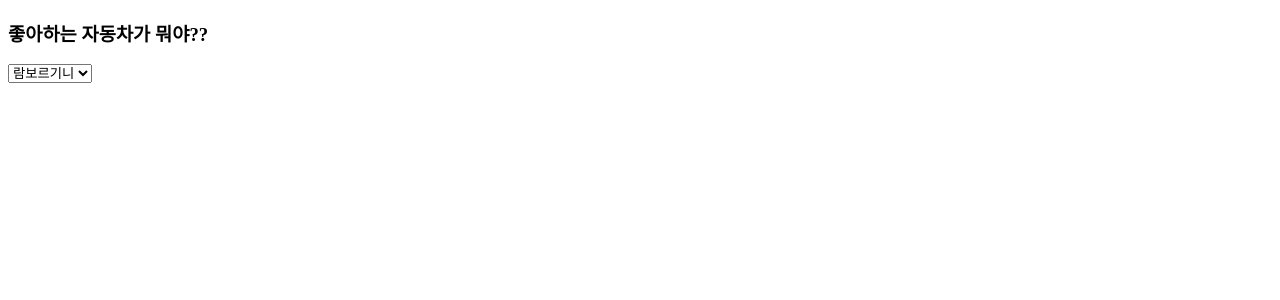
Repository: Hongjeongmin/university
Page: http://localhost/test/b.jsp
An editor plug-in stored every save of this project. The page is shown before and after the next save, followed by the edit.
The browser window is 1280 px wide. The pictures show the whole page.
The page is served by Tomcat 9.

Above is the page before, as saved 2018-09-27 03:09:51.

### webprograming/test/test/WebContent/b.jsp
<%@ page language="java" contentType="text/html; charset=UTF-8"
    pageEncoding="UTF-8"%>
<!DOCTYPE html>
<html>
<head>
<meta charset="UTF-8">
<title>Insert title here</title>
</head>
<body>
<%
	request.setCharacterEncoding("UTF-8");
	String dr = request.getParameter("dr");
	session.setAttribute("dr",dr);
	session.setMaxInactiveInterval(60*60);
%>
<h3>좋아하는 자동차가 뭐야??</h3>
<form method="post" action="c.jsp">
	<select name="car">
		<option value="람보르기니">람보르기니</option>
		<option value="마티즈">마티즈</option>
		<option value="스파크">스파크</option>
		<option value="K3">K3</option>
		<option value="K9">K9</option>
		<option value="아우디">아우디</option>

	</select>
</form>
</body>
</html>

After the next save:
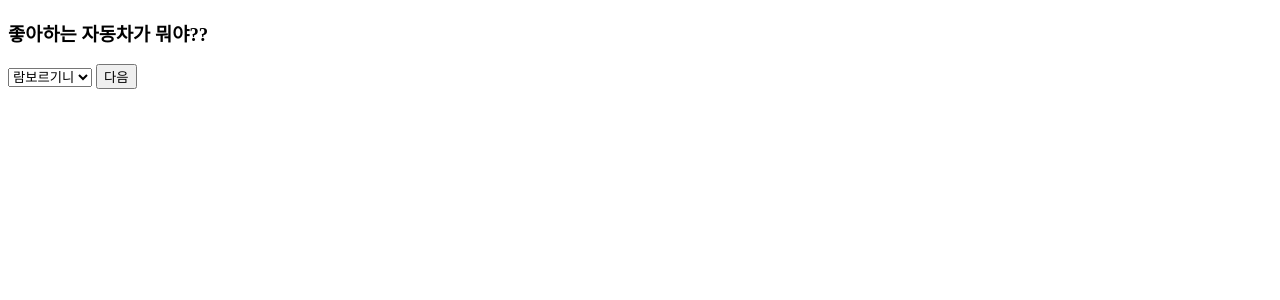
Saved 67 s later.
--- a/webprograming/test/test/WebContent/b.jsp
+++ b/webprograming/test/test/WebContent/b.jsp
@@ -22,8 +22,9 @@
 		<option value="K3">K3</option>
 		<option value="K9">K9</option>
 		<option value="아우디">아우디</option>
-
+		<option value="벤츠">벤츠</option>
 	</select>
+	<input type="submit" value="다음"/>
 </form>
 </body>
 </html>
